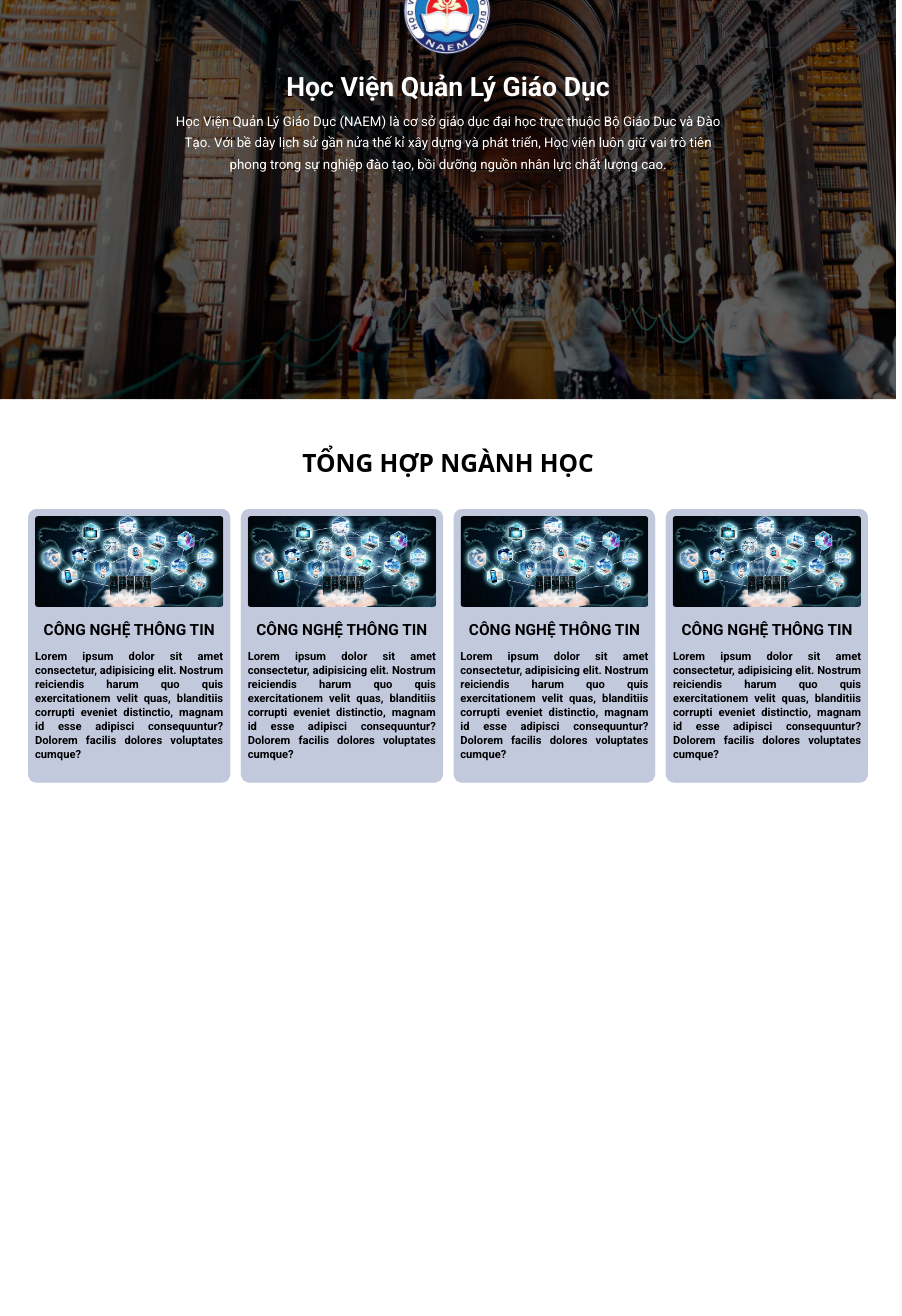
Repository: hongphuck1/trangweb1
Page: index.html
These files come from the project's save history. The page is drawn as it stood at one moment and after the next save; the edit follows.
The browser window is 1280 px wide. The page is 1288 px wide, so the pictures cover 1288 px, including what lies to the right of the window. The pictures show the part of the page from y = 1353 to 3233 px (the page is 4941 px tall), at 70% of full size.

Above is the page before, as saved 2021-09-07 02:04:34.

### index.html
<!DOCTYPE html>
<html lang="en">

<head>
  <meta charset="UTF-8" />
  <meta name="viewport" content="width=device-width, initial-scale=1, shrink-to-fit=no" />
  <meta http-equiv="x-ua-compatible" content="ie=edge" />
  <title>Material Design for Bootstrap</title>
  <!-- MDB icon -->
  <link rel="icon" href="img/SSS1.png" type="image/x-icon" />
  <!-- Font Awesome -->
  <link rel="stylesheet" href="https://use.fontawesome.com/releases/v5.15.2/css/all.css" />
  <!-- Google Fonts Roboto -->
  <link rel="stylesheet" href="https://fonts.googleapis.com/css2?family=Roboto:wght@300;400;500;700;900&display=swap" />
  <!-- MDB -->
  <link rel="stylesheet" href="css/style.css" />
  <link rel="stylesheet" href="css/base.css" />
  <link rel="stylesheet" href="css/grid.css" />
  <link rel="stylesheet" href="css/mdb.min.css" />
</head>

<body>
  <!-- Start your project here-->
  <div class="main">
    <!--Main Navigation-->
    <header>


      <!-- Navbar -->
      <nav class="navbar--opacity navbar navbar-expand-lg navbar-light fixed-top mask-custom shadow-0">
        <div class="container">

          <a class="navbar-brand nav-link" target="_blank" href="https://mdbootstrap.com/docs/standard/">
            <strong style="font-size: 2.2rem;">MRC</strong>
          </a>
          <button class="navbar-toggler navbar-toggler--opacity" type="button" data-mdb-toggle="collapse"
            data-mdb-target="#navbarSupportedContent" aria-controls="navbarSupportedContent" aria-expanded="false"
            aria-label="Toggle navigation">
            <i style="color: #ccc" class="fas fa-bars"></i>
          </button>
          <div class="collapse navbar-collapse" id="navbarSupportedContent">
            <ul class="navbar-nav me-auto mb-2 mb-lg-0">
              <li class="nav-item active">
                <a class="nav-link" aria-current="page" href="#intro">Giới thiệu</a>
              </li>
              <li class="nav-item">
                <a class="nav-link" href="https://www.facebook.com/MRC.NAEM" rel="nofollow" target="_blank">Hỏi đáp</a>
              </li>
              <li class="nav-item">
                <a class="nav-link" href="https://www.facebook.com/MRC.NAEM" target="_blank">Bài viết</a>
              </li>
              <li class="nav-item">
                <a class="nav-link" href="https://www.facebook.com/messages/t/101815085369835" target="_blank">Liên
                  hệ</a>
              </li>
            </ul>
            <ul class="navbar-nav list-inline">
              <!-- Icons -->
              <li class="">
                <a class="nav-link" href="https://www.youtube.com/channel/UCjl0s7v8m8V4IzuAS1fH-iA" rel="nofollow"
                  target="_blank">
                  <i class="fab fa-youtube"></i>
                </a>
              </li>
              <li class="">
                <a class="nav-link" href="https://www.facebook.com/MRC.NAEM" rel="nofollow" target="_blank">
                  <i class="fab fa-facebook-f"></i>
                </a>
              </li>
              <li class="nav-item">
                <a class="nav-link" href="https://www.tiktok.com/@mrcnaem" rel="nofollow" target="_blank">
                  <i class="fab fa-tiktok"></i>
                </a>
              </li>
              <li class="nav-item">
                <a class="nav-link" href="tel: 0349167687" rel="nofollow" target="_blank">
                  <i class="fas fa-envelope"></i>
                </a>
              </li>
            </ul>
          </div>
        </div>
      </nav>

      <!-- Carousel wrapper -->
      <div id="introCarousel" class="carousel slide carousel-fade shadow-2-strong" data-mdb-ride="carousel">
        <!-- Indicators -->
        <ol class="carousel-indicators">
          <li data-mdb-target="#introCarousel" data-mdb-slide-to="0" class="active"></li>
          <li data-mdb-target="#introCarousel" data-mdb-slide-to="1"></li>
          <li data-mdb-target="#introCarousel" data-mdb-slide-to="2"></li>
        </ol>

        <!-- Inner -->
        <div class="carousel-inner">
          <!-- Single item -->
          <div class="carousel-item active">
            <div class="mask" style="background-color: rgba(0, 0, 0, 0.6);">
              <div class="d-flex justify-content-center align-items-center h-100">
                <div class="text-white text-center">
                  <h1 style="font-size: 2.4rem;" class="mb-3">CLB TUYỂN SINH VÀ TRUYỀN THÔNG - MRC NAEM</h1>
                  <h5 style="font-size: 1.2rem;" class="mb-4">Hỗ trợ tư vấn - hướng nghiệp, trả lời những thắc mắc cho
                    học sinh và phụ huynh.</h5>

                  <a style="font-size: 1.8rem; " class="btn-DANGKI btn btn-outline-light btn-lg m-2"
                    href="https://www.facebook.com/MRC.NAEM" target="_blank" role="button">Đăng kí ngay</a>
                </div>
              </div>
            </div>
          </div>

          <!-- Single item -->
          <div class="carousel-item">
            <div class="mask" style="background-color: rgba(0, 0, 0, 0.3);">
              <div class="d-flex justify-content-center align-items-center h-100">
                <div class="text-white text-center">
                  <h1 style="font-size: 2.4rem;" class="mb-3">CLB TUYỂN SINH VÀ TRUYỀN THÔNG - MRC NAEM</h1>
                  <h5 style="font-size: 1.2rem;" class="mb-4">Hỗ trợ tư vấn - hướng nghiệp, trả lời những thắc mắc cho
                    học sinh và phụ huynh.</h5>

                  <a style="font-size: 1.8rem; " class="btn-DANGKI btn btn-outline-light btn-lg m-2"
                    href="https://www.facebook.com/MRC.NAEM" target="_blank" role="button">Đăng kí ngay</a>
                </div>
              </div>
            </div>
          </div>

          <!-- Single item -->
          <div class="carousel-item">
            <div class="mask" style="
                background: linear-gradient(
                  45deg,
                  rgba(29, 236, 197, 0.7),
                  rgba(91, 14, 214, 0.7) 100%
                );
              ">
              <div class="d-flex justify-content-center align-items-center h-100">
                <div class="text-white text-center">
                  <h1 style="font-size: 2.4rem;" class="mb-3">CLB TUYỂN SINH VÀ TRUYỀN THÔNG - MRC NAEM</h1>
                  <h5 style="font-size: 1.2rem;" class="mb-4">Hỗ trợ tư vấn - hướng nghiệp, trả lời những thắc mắc cho
                    học sinh và phụ huynh.</h5>

                  <a style="font-size: 1.8rem; " class="btn-DANGKI btn btn-outline-light btn-lg m-2"
                    href="https://www.facebook.com/MRC.NAEM" target="_blank" role="button">Đăng kí ngay</a>
                </div>
              </div>
            </div>
          </div>
        </div>
        <!-- Inner -->

        <!-- Controls -->
        <a class="carousel-control-prev" href="#introCarousel" role="button" data-mdb-slide="prev">
          <span class="carousel-control-prev-icon" aria-hidden="true"></span>
          <span class="sr-only">Previous</span>
        </a>
        <a class="carousel-control-next" href="#introCarousel" role="button" data-mdb-slide="next">
          <span class="carousel-control-next-icon" aria-hidden="true"></span>
          <span class="sr-only">Next</span>
        </a>
      </div>
      <!-- Carousel wrapper -->
    </header>


    <section>
      <div class="container-body">
        <div class="container-body-name">
          <h1>Thông Tin Tuyển Sinh</h1>
        </div>

        <div class="row">
          <div class="col l-6">
            <div class="container-body-content">
              <h2 class="container-body-content__name">Các Phương Án Xét Tuyển</h2>
              <div class="container-body-content-attention">
                <i class="fas fa-check-double"></i>
                <h4>Dựa vào học bạ (Điểm HK1 & HK2 lớp 11 và điểm HK1 lớp 12)</h4>
              </div>
              <div class="container-body-content-attention">
                <i class="fas fa-check-double"></i>
                <h4>Sử dụng kết quả thi THPT 2021</h4>
              </div>
              <div class="container-body-content-attention">
                <i class="fas fa-check-double"></i>

                <h4>Tuyển thẳng</h4>
              </div>
              <div class="container-body-content-attention">
                <i class="far fa-bell"></i>
                <h4>Cơ hội trúng tuyển cao khi có tới 70% chỉ tiêu qua xét tuyển học bạ</h4>
              </div>
              <div class="container-body-content-attention">
                <i class="far fa-plus-square"></i>
                <h4>Đặc biệt sinh viên được phép học thêm một ngành khác tại Học viện (Luật, Ngôn ngữ Anh, Tâm lý giáo
                  dục, Quản trị văn phòng, Giáo dục học, Quản lý giáo dục và Kinh tế giáo dục)</h4>
              </div>
            </div>
          </div>
          <div class="col l-6">
            <div class="container-body-img">
              <img src="img/klipartz.com_-1024x586.png" alt="">
            </div>
          </div>
        </div>


      </div>

      <div class="container-body-review">
        <div class="grid wide">
          <div class="row">
            <div class="col l-12">
              <img src="img/1-1.png" alt="">
              <div class="container-body-review__name">
                Học Viện Quản Lý Giáo Dục
              </div>
              <div class="container-body-review__title">
                Học Viện Quản Lý Giáo Dục (NAEM) là cơ sở giáo dục đại học trực thuộc Bộ Giáo Dục và Đào Tạo. Với bề dày
                lịch sử gần nửa thế kỉ xây dựng và phát triển, Học viện luôn giữ vai trò tiên phong trong sự nghiệp đào
                tạo, bồi dưỡng nguồn nhân lực chất lượng cao.
              </div>
            </div>
          </div>
        </div>
      </div>

      <div class="container-body-subjects">
        <h1>TỔNG HỢP NGÀNH HỌC</h1>

        <div class="grid wide">
          <div class="row">
            <div class="col l-4">
              <div class="container-body-subject">
                <img src="img/congnghethongtin.png" alt="">
                <h2>CÔNG NGHỆ THÔNG TIN</h2>
                <h4>Lorem ipsum dolor sit amet consectetur, adipisicing elit. Nostrum reiciendis harum quo quis
                  exercitationem velit quas, blanditiis corrupti eveniet distinctio, magnam id esse adipisci
                  consequuntur? Dolorem facilis dolores voluptates cumque?</h4>
              </div>
            </div>
            <div class="col l-4">
              <div class="container-body-subject">
                <img src="img/congnghethongtin.png" alt="">
                <h2>CÔNG NGHỆ THÔNG TIN</h2>
                <h4>Lorem ipsum dolor sit amet consectetur, adipisicing elit. Nostrum reiciendis harum quo quis
                  exercitationem velit quas, blanditiis corrupti eveniet distinctio, magnam id esse adipisci
                  consequuntur? Dolorem facilis dolores voluptates cumque?</h4>
              </div>
            </div>
            <div class="col l-4">
              <div class="container-body-subject">
                <img src="img/congnghethongtin.png" alt="">
                <h2>CÔNG NGHỆ THÔNG TIN</h2>
                <h4>Lorem ipsum dolor sit amet consectetur, adipisicing elit. Nostrum reiciendis harum quo quis
                  exercitationem velit quas, blanditiis corrupti eveniet distinctio, magnam id esse adipisci
                  consequuntur? Dolorem facilis dolores voluptates cumque?</h4>
              </div>
            </div>
            <div class="col l-4">
              <div class="container-body-subject">
                <img src="img/congnghethongtin.png" alt="">
                <h2>CÔNG NGHỆ THÔNG TIN</h2>
                <h4>Lorem ipsum dolor sit amet consectetur, adipisicing elit. Nostrum reiciendis harum quo quis
                  exercitationem velit quas, blanditiis corrupti eveniet distinctio, magnam id esse adipisci
                  consequuntur? Dolorem facilis dolores voluptates cumque?</h4>
              </div>
            </div>

          </div>
        </div>

    </section>

  </div>
  <!--Main Navigation-->
  <!-- End your project here-->

  <!-- MDB -->
  <script type="text/javascript" src="js/mdb.min.js"></script>
  <!-- Custom scripts -->
  <script type="text/javascript"></script>
</body>

</html>

### css/style.css

.main {

    height: 1000px;
}

/* Carousel styling */
#introCarousel,
.carousel-inner,
.carousel-item,
.carousel-item.active {
  height: 100vh;
}

.carousel-item:nth-child(1) {
  background-image: url('https://mdbootstrap.com/img/Photos/Others/images/76.jpg');
  background-repeat: no-repeat;
  background-size: cover;
  background-position: center center;
}

.carousel-item:nth-child(2) {
  background-image: url('https://mdbootstrap.com/img/Photos/Others/images/77.jpg');
  background-repeat: no-repeat;
  background-size: cover;
  background-position: center center;
}

.carousel-item:nth-child(3) {
  background-image: url('https://mdbootstrap.com/img/Photos/Others/images/78.jpg');
  background-repeat: no-repeat;
  background-size: cover;
  background-position: center center;
}

/* Height for devices larger than 576px */
@media (min-width: 992px) {
  #introCarousel {
    margin-top: -58.59px;
  }
}

.navbar .nav-link {
  color: #fff !important;
}



/* trèn đè css boottraps */

.nav-link {
  /* padding: 1.2rem 1rem !important; */
  font-size: 1.6rem;
  padding-right: 20px !important;
}

.nav-link:hover {
  /* padding: 1.2rem 1rem !important; */
  color: yellow !important;
  transition: color 0.5s ;
}


.btn-DANGKI:hover {
  color: yellow !important;
  border: 1px solid yellow !important;
  transition: 0.5s ;
}

.navbar-dark .navbar-toggler, .navbar-light .navbar-toggler {
  display: block;
}

.navbar--opacity {
  background-color: rgba(1,1,1,0.2);
}


@media only screen and (max-width: 600px) {
 .text-center h1 {
    font-size: 2.7rem !important;
    padding: 20px 0;
  }
  .carousel-control-next, .carousel-control-prev{
    display: none !important;
  }
  .text-center h5{
    padding: 0 20px;
    line-height: 1.9rem !important;
    font-size: 1.4rem !important;
  }
}


@import url('https://fonts.googleapis.com/css2?family=Poppins:wght@300;400;600;700&display=swap');
  :root {
    --primary: #08aeea;
    --secondary: #13D2B8;
    --purple: #bd93f9;
    --pink: #ff6bcb;
    --blue: #8be9fd;
    --gray: #333;
    --font: "Poppins", sans-serif;
    --gradient: linear-gradient(40deg, #ff6ec4, #7873f5);
    --shadow: 0 0 15px 0 rgba(0,0,0,0.05);
  }
  *,
  *:before,
  *:after {
    box-sizing: border-box;
  }
  html {
    font-size: 62.5%;
  }

  body {
    font-family: var(--font);
    font-size: 1.4rem;
    overflow-x: hidden;
    font-weight: 300;
  }

  img {
    display: block;
    max-width: 100%;
  }

  a {
    text-decoration: none;
  }

  input,
  button,
  textarea,
  select {
    font-family: var(--font);
    font-size: 1.4rem;
    font-weight: 300;
    outline: none;
    border: 0;
    margin: 0;
    padding: 0;
    border-radius: 0;
    -webkit-appearance: none;
  }

  button {
    cursor: pointer;
  }

          .simple-card {
            background-color: white;
            border-radius: 2rem;
            padding: 1.5rem;
            box-shadow: var(--shadow);
          }
          .simple-card-image {
            position: relative;
            height: 0;
            padding-bottom: 56.25%;
          }
          .simple-card-image > img {
            position: absolute;
            top: 0;
            left: 0;
            width: 100%;
            height: 100%;
            object-fit: cover;
            border-radius: 1rem;
          }
          .simple-card-content {
            padding: 3rem 1rem;
          }
          .simple-card-title {
            font-weight: 500;
            font-size: 2rem;
            line-height: 1.6;
            margin-bottom: 1.5rem;
            color: #2b2b2b;
          }
          .simple-card-desc {
            color: #c7cbdc;
            font-weight: 300;
            line-height: 1.6;
            font-size: 1.4rem;
            margin-bottom: 3rem;
          }
          .simple-card-line {
            width: 30%;
            height: 2px;
            margin-left: auto;
            background-color: var(--primary);
          }

          .container-body{
            padding-top: 40px;
            padding-bottom: 70px;
          }
          .container-body-name{
            text-align: center;
            padding: 40px 0 ;
          }
          .container-body-name h1{
            color: #000000;
            font-family: "Open Sans", Sans-serif;
            font-size: 35px;
            font-weight: 700;
            text-transform: capitalize;
          }

          .container-body-content{
           padding-left: 100px;
          }
          .container-body-content__name{
           font-size: 2.8rem;
           color: #000000;
           padding-bottom: 10px;
          }
          .container-body-content-attention{
          display: flex;
          align-items: center;
          padding: 4px 0;
          }
          .container-body-content-attention i{
            transform: translateY(-15%);
            padding-right: 10px;
            font-size: 1.8rem;
            color: var(--primary);
          }
          .container-body-content-attention h4{
            font-size: 1.8rem;
          }

          .container-body-img{
          padding: 0 50px ;
          }

.container-body-review {
  background-image: url(../img/Thiết\ kế\ không\ tên.png);
  background-repeat: no-repeat;
  background-size: cover;
  height: 100vh;
}

.container-body-review img {
  width: 150px;
  margin: auto;
  padding-top: 90px;
}


.container-body-review__name, .container-body-review__title {
  text-align: center;
  color: white;
padding-top: 20px;
}

.container-body-review__name {
  font-size: 3.8rem;
  padding: 4px 0;
  font-weight: 600;
}

.container-body-review__title {
  font-size: 1.9rem;
  padding: 0 200px;
}



/* TỔNG HỢP NGÀNH HỌC */

.container-body-subjects{
  padding: 70px 0;
}

.container-body-subjects h1 {
  text-align: center;
  padding-bottom: 40px;
  color: rgb(0, 0, 0);
    font-family: "Open Sans", sans-serif;
    font-size: 35px;
    font-weight: 700;
    text-transform: capitalize;
}

.container-body-subject {
  background-color: #c2c9dd;
  text-align: center;
  border-radius: 12px;
  color: #000000;
}

.container-body-subject img {
  width: 100%;
  padding: 10px;
  border-radius: 15px;

}

.container-body-subject h2{
  padding: 10px 0;
  font-weight: 600;
  font-size: 2.2rem;
}

.container-body-subject h4{
  padding:  0 10px 30px;
  line-height: 2.0rem;
  text-align: justify;
  font-weight: 600;
  font-size: 1.6rem;
}

### css/base.css
:root {
    --white-color: #fff;
    --black-color: #000;
    --text-color: rgb(110, 109, 109);
    --primary-color: #6EC1E4;
    --primary-color-sub: #fd3f00;
    --border-color: #dbdbdb;

    --header: 109px;
    --header-top: 36px;
    --navbar-height: 27px;
    --header-with-search-height: calc(var(--header-height) - var(--navbar-height));
    --header-sort-bar-height: 46px;
}


* {
    margin: 0;
    padding: 0;
    box-sizing: border-box;

}
.no-copy__text {
    user-select: none;
}
html {
    font-size: 62.5%;
    line-height: 1.6rem;
    font-family: 'Roboto', sans-serif;

    /* user-select: none;   không cho copy text */
}

body {
    height: 5000px;
}
@media only screen and  (max-width: 1000px) and (min-width: 700px) {
    html {
    }
}

Loaded but not shown: css/mdb.min.css (library); js/mdb.min.js (library); css/grid.css (590 lines, source omitted)

After the next save:
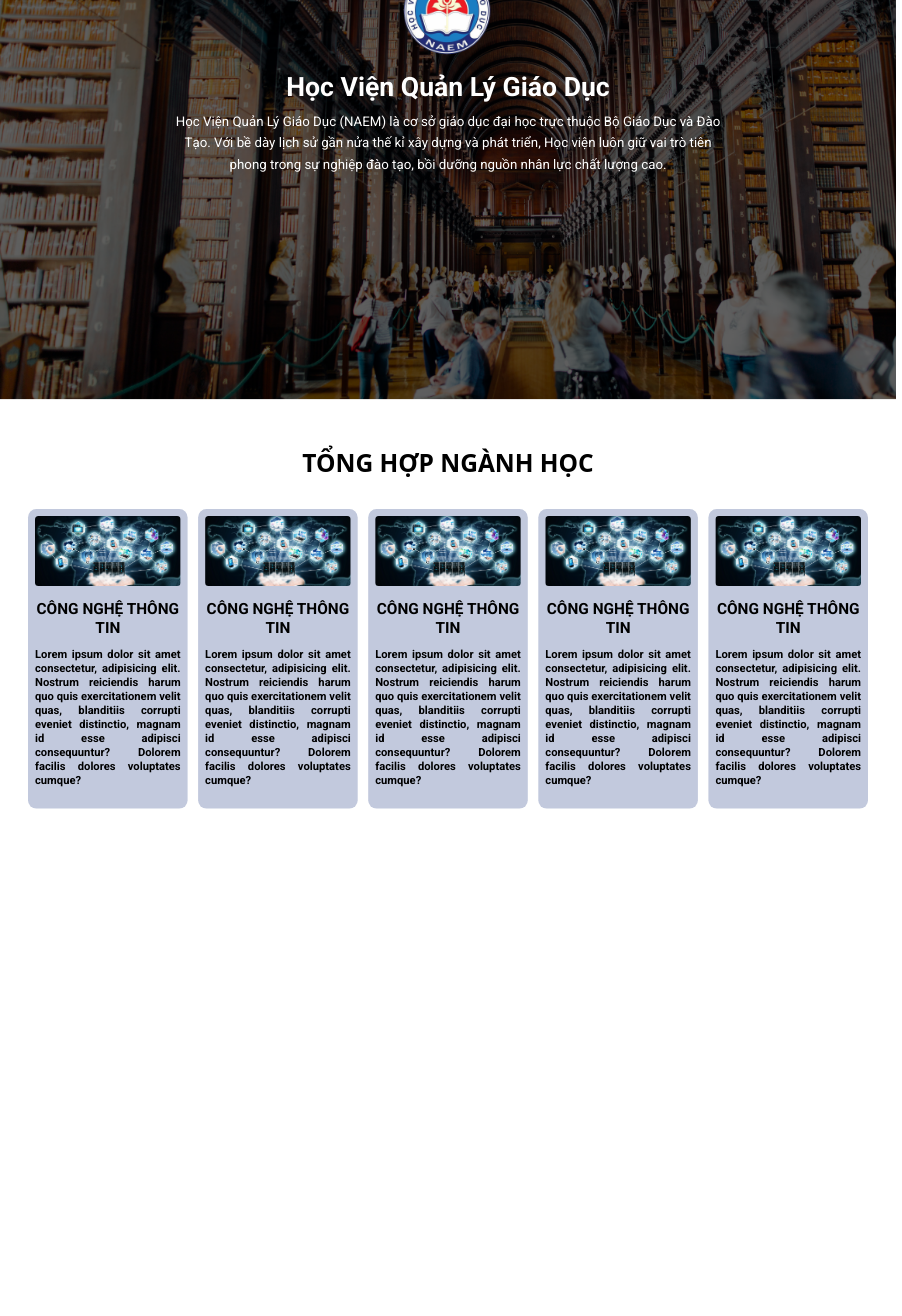
Saved 12 s later.
--- a/index.html
+++ b/index.html
@@ -266,6 +266,15 @@
                   consequuntur? Dolorem facilis dolores voluptates cumque?</h4>
               </div>
             </div>
+            <div class="col l-4">
+              <div class="container-body-subject">
+                <img src="img/congnghethongtin.png" alt="">
+                <h2>CÔNG NGHỆ THÔNG TIN</h2>
+                <h4>Lorem ipsum dolor sit amet consectetur, adipisicing elit. Nostrum reiciendis harum quo quis
+                  exercitationem velit quas, blanditiis corrupti eveniet distinctio, magnam id esse adipisci
+                  consequuntur? Dolorem facilis dolores voluptates cumque?</h4>
+              </div>
+            </div>
 
           </div>
         </div>
